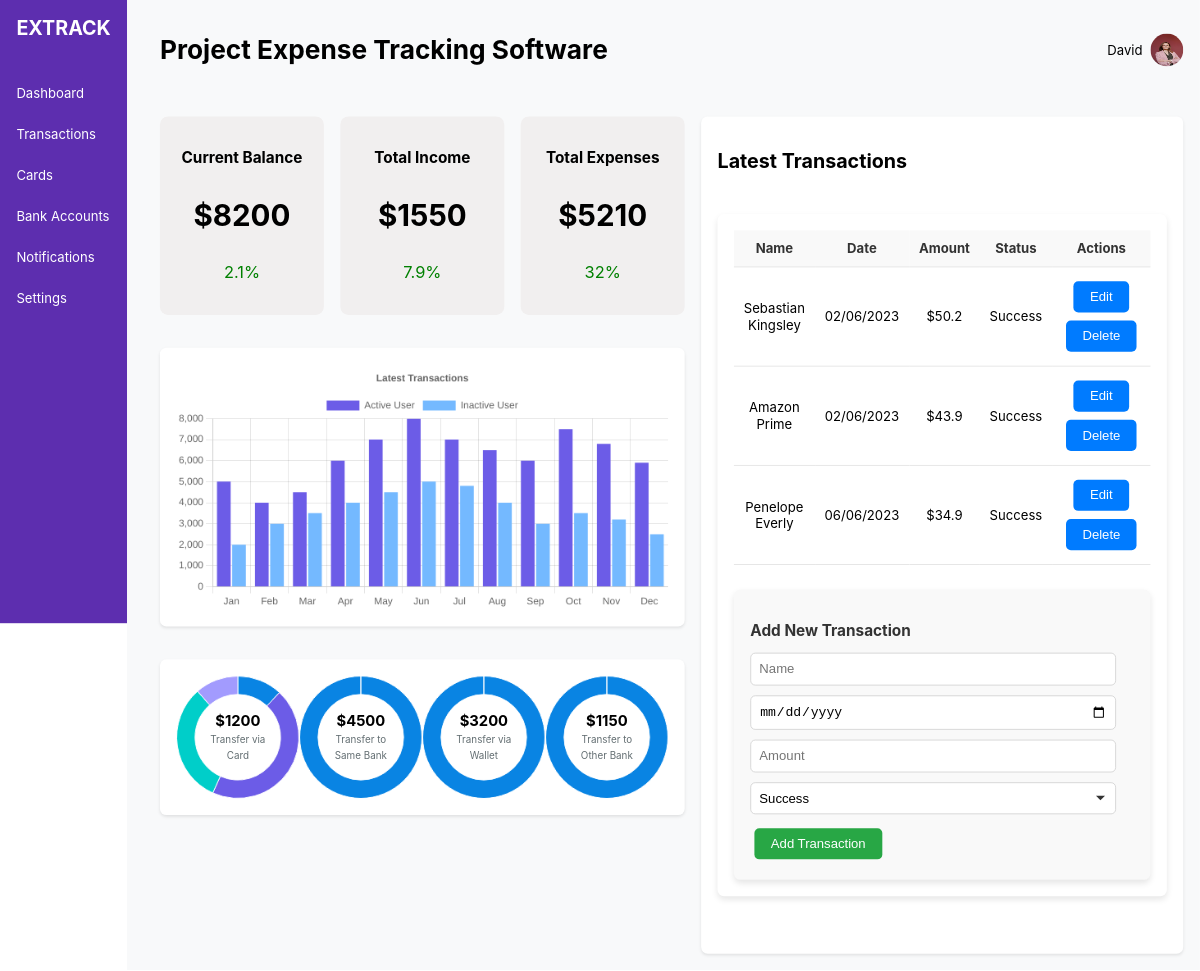
Repository: ChristhurasaRoshan/Expense-Tracker
Page: /dashboard
The author's editor kept a copy of each file at every save. The page is drawn from the files as they stood at one save, then again after the next save.
The browser window is 1280 px wide. The page is 1463 px wide, so the pictures cover 1463 px, including what lies to the right of the window. The pictures show the whole page, at 82% of full size.
The project was rebuilt for these pictures with package versions that can differ from the ones it lists, and the page was loaded fresh each time.

Above is the page before, as saved 2024-08-22 11:34:19.

### src/App.js
import React from 'react';
import { Provider } from 'react-redux'; // Import Provider from react-redux
import store from './store'; // Import the Redux store
import Sidebar from '../src/Components/Sidebar';
import Header from '../src/Components/Header';
import Dashboard from '../src/Components/Dashboard';
import './App.css';

function App() {
  return (
    <Provider store={store}> {/* Wrap the app with Provider */}
      <div className="app">
        <Sidebar />
        <div className="main-content">
          <Header />
          <Dashboard />
        </div>
      </div>
    </Provider>
  );
}

export default App;

### src/store.js
import { configureStore } from '@reduxjs/toolkit';
import transactionReducer from './slices/transactionSlice';

const store = configureStore({
  reducer: {
    transactions: transactionReducer,
  },
});

export default store;

### src/Components/Sidebar.jsx
import React from 'react';
import '../Styles/Sidebar.css';

const Sidebar = () => {
  return (
    <div className="sidebar">
      <div className="logo">EXTRACK</div>
      <ul>
        <li>Dashboard</li>
        <li>Transactions</li>
        <li>Cards</li>
        <li>Bank Accounts</li>
        <li>Notifications</li>
        <li>Settings</li>
      </ul>
    </div>
  );
};

export default Sidebar;

### src/Components/Header.jsx
import React from 'react';
import '../Styles/Header.css';

const Header = () => {
  return (
    <div className="header">
      <h1>Project Expense Tracking Software</h1>
      <div className="user-profile">
        <span>David</span>
        <img src="user-profile.jpg" alt="Profile" />
      </div>
    </div>
  );
};

export default Header;

### src/Components/Dashboard.jsx
import React from 'react';
import Card from './Card';
import TransactionList from './TransactionList';
import ExpenseChart from './ExpenseChart';
import AmountTransfer from './AmountTransfer';
import '../Styles/Dashboard.css';

const Dashboard = () => {
  return (
    <div className="dashboard">
      <div className="dashboard-left">
        <div className="dashboard-header">
          <Card title="Current Balance" amount="$8200" percentage="2.1%" />
          <Card title="Total Income" amount="$1550" percentage="7.9%" />
          <Card title="Total Expenses" amount="$5210" percentage="32%" />
        </div>
        <ExpenseChart />
        <AmountTransfer />
      </div>
      <div className="dashboard-right">
        <div className="latest-transactions">
          <h2>Latest Transactions</h2>
          <TransactionList />
        </div>
      </div>
    </div>
  );
};

export default Dashboard;

### src/App.css
.app {
  display: flex;
}

.main-content {
  flex: 1;
  background-color: #f8f9fa;
  padding-left: 20px;
}

### src/slices/transactionSlice.js
import { createSlice } from '@reduxjs/toolkit';

const initialState = [
  { id: 1, name: "Sebastian Kingsley", date: "02/06/2023", amount: "$50.2", status: "Success" },
  { id: 2, name: "Amazon Prime", date: "02/06/2023", amount: "$43.9", status: "Success" },
  { id: 3, name: "Penelope Everly", date: "06/06/2023", amount: "$34.9", status: "Success" },
];

const transactionSlice = createSlice({
  name: 'transactions',
  initialState,
  reducers: {
    addTransaction: (state, action) => {
      state.push({ id: Date.now(), ...action.payload });
    },
    deleteTransaction: (state, action) => {
      return state.filter(transaction => transaction.id !== action.payload);
    },
    updateTransaction: (state, action) => {
      const index = state.findIndex(transaction => transaction.id === action.payload.id);
      if (index !== -1) {
        state[index] = { ...state[index], ...action.payload };
      }
    },
  },
});

export const { addTransaction, deleteTransaction, updateTransaction } = transactionSlice.actions;
export default transactionSlice.reducer;

### src/Styles/Sidebar.css
.sidebar {
    width: 250px;
    background-color: #5d2eaf;
    color: white;
    height: 100vh;
    padding: 20px;
  }

  .logo {
    font-size: 24px;
    font-weight: bold;
    margin-bottom: 40px;
  }

  .sidebar ul {
    list-style: none;
    padding: 0;
  }

  .sidebar ul li {
    padding: 15px 0;
    cursor: pointer;
  }

  .sidebar ul li:hover {
    background-color: rgba(255, 255, 255, 0.1);
  }

### src/Styles/Header.css
.header {
    display: flex;
    justify-content: space-between;
    align-items: center;
    padding: 20px;
  }

  .user-profile {
    display: flex;
    align-items: center;
  }

  .user-profile span {
    margin-right: 10px;
  }

  .user-profile img {
    width: 40px;
    height: 40px;
    border-radius: 50%;
  }

### src/Components/Card.jsx
import React from 'react';
import '../Styles/Card.css';

const Card = ({ title, amount, percentage }) => {
  return (
    <div className="card">
      <h3>{title}</h3>
      <p className="amount">{amount}</p>
      <p className="percentage">{percentage}</p>
    </div>
  );
};

export default Card;

### src/Components/TransactionList.jsx
import React, { useState } from 'react';
import { useDispatch, useSelector } from 'react-redux';
import { addTransaction, deleteTransaction, updateTransaction } from '../slices/transactionSlice';
import '../Styles/TransactionList.css';

const TransactionList = () => {
  const transactions = useSelector((state) => state.transactions);
  const dispatch = useDispatch();

  const [newTransaction, setNewTransaction] = useState({ name: '', date: '', amount: '', status: 'Success' });
  const [editTransaction, setEditTransaction] = useState(null);
  const [errors, setErrors] = useState({});

  const validateTransaction = (transaction) => {
    const errors = {};
    if (!transaction.name) errors.name = 'Name is required';
    if (!transaction.date) errors.date = 'Date is required';
    if (!transaction.amount || isNaN(transaction.amount) || Number(transaction.amount) <= 0) errors.amount = 'Amount must be a positive number';
    return errors;
  };

  const handleAddTransaction = () => {
    const validationErrors = validateTransaction(newTransaction);
    if (Object.keys(validationErrors).length === 0) {
      dispatch(addTransaction({ ...newTransaction, id: Date.now() })); // Add unique id
      setNewTransaction({ name: '', date: '', amount: '', status: 'Success' });
      setErrors({});
    } else {
      setErrors(validationErrors);
    }
  };

  const handleUpdateTransaction = (id) => {
    if (editTransaction) {
      const validationErrors = validateTransaction(editTransaction);
      if (Object.keys(validationErrors).length === 0) {
        dispatch(updateTransaction({ id, ...editTransaction }));
        setEditTransaction(null);
        setErrors({});
      } else {
        setErrors(validationErrors);
      }
    }
  };

  const handleEditClick = (transaction) => {
    setEditTransaction({ ...transaction });
    setErrors({});
  };

  const handleDelete = (id) => {
    const isConfirmed = window.confirm("Are you sure you want to delete this transaction?");
    if (isConfirmed) {
      dispatch(deleteTransaction(id));
    }
  };

  return (
    <div className="transaction-list">
      <table>
        <thead>
          <tr>
            <th>Name</th>
            <th>Date</th>
            <th>Amount</th>
            <th>Status</th>
            <th>Actions</th>
          </tr>
        </thead>
        <tbody>
          {transactions.map((transaction) => (
            <tr key={transaction.id}>
              <td>
                {editTransaction && editTransaction.id === transaction.id ? (
                  <input
                    type="text"
                    value={editTransaction.name}
                    onChange={(e) => setEditTransaction({ ...editTransaction, name: e.target.value })}
                  />
                ) : (
                  transaction.name
                )}
              </td>
              <td>
                {editTransaction && editTransaction.id === transaction.id ? (
                  <input
                    type="date"
                    value={editTransaction.date}
                    onChange={(e) => setEditTransaction({ ...editTransaction, date: e.target.value })}
                  />
                ) : (
                  transaction.date
                )}
              </td>
              <td>
                {editTransaction && editTransaction.id === transaction.id ? (
                  <input
                    type="text"
                    value={editTransaction.amount}
                    onChange={(e) => setEditTransaction({ ...editTransaction, amount: e.target.value })}
                  />
                ) : (
                  transaction.amount
                )}
              </td>
              <td>
                {editTransaction && editTransaction.id === transaction.id ? (
                  <select
                    value={editTransaction.status}
                    onChange={(e) => setEditTransaction({ ...editTransaction, status: e.target.value })}
                  >
                    <option value="Success">Success</option>
                    <option value="Fail">Fail</option>
                  </select>
                ) : (
                  transaction.status
                )}
              </td>
              <td>
                {editTransaction && editTransaction.id === transaction.id ? (
                  <>
                    <button onClick={() => handleUpdateTransaction(transaction.id)}>Save</button>
                    <button onClick={() => setEditTransaction(null)}>Cancel</button>
                  </>
                ) : (
                  <>
                    <button onClick={() => handleEditClick(transaction)}>Edit</button>
                    <button onClick={() => handleDelete(transaction.id)}>Delete</button>
                  </>
                )}
              </td>
            </tr>
          ))}
        </tbody>
      </table>

      <div className="add-transaction">
        <h3>Add New Transaction</h3>
        <input
          type="text"
          placeholder="Name"
          value={newTransaction.name}
          onChange={(e) => setNewTransaction({ ...newTransaction, name: e.target.value })}
        />
        {errors.name && <p className="error">{errors.name}</p>}
        <input
          type="date"
          placeholder="Date"
          value={newTransaction.date}
          onChange={(e) => setNewTransaction({ ...newTransaction, date: e.target.value })}
        />
        {errors.date && <p className="error">{errors.date}</p>}
        <input
          type="text"
          placeholder="Amount"
          value={newTransaction.amount}
          onChange={(e) => setNewTransaction({ ...newTransaction, amount: e.target.value })}
        />
        {errors.amount && <p className="error">{errors.amount}</p>}
        <select
          value={newTransaction.status}
          onChange={(e) => setNewTransaction({ ...newTransaction, status: e.target.value })}
        >
          <option value="Success">Success</option>
          <option value="Fail">Fail</option>
        </select>
        <button onClick={handleAddTransaction}>Add Transaction</button>
      </div>
    </div>
  );
};

export default TransactionList;

### src/Components/ExpenseChart.jsx
import React from 'react';
import { Bar } from 'react-chartjs-2';
import { Chart as ChartJS, CategoryScale, LinearScale, BarElement, Title, Tooltip, Legend } from 'chart.js';
import '../Styles/ExpenseChart.css';


ChartJS.register(CategoryScale, LinearScale, BarElement, Title, Tooltip, Legend);

const ExpenseChart = () => {
  const data = {
    labels: ['Jan', 'Feb', 'Mar', 'Apr', 'May', 'Jun', 'Jul', 'Aug', 'Sep', 'Oct', 'Nov', 'Dec'],
    datasets: [
      {
        label: 'Active User',
        data: [5000, 4000, 4500, 6000, 7000, 8000, 7000, 6500, 6000, 7500, 6800, 5900],
        backgroundColor: '#6c5ce7',
      },
      {
        label: 'Inactive User',
        data: [2000, 3000, 3500, 4000, 4500, 5000, 4800, 4000, 3000, 3500, 3200, 2500],
        backgroundColor: '#74b9ff',
      },
    ],
  };

  const options = {
    responsive: true,
    plugins: {
      legend: {
        position: 'top',
      },
      title: {
        display: true,
        text: 'Latest Transactions',
      },
    },
  };

  return (
    <div className="chart-container">
      <Bar data={data} options={options} />
    </div>
  );
};

export default ExpenseChart;

### src/Components/AmountTransfer.jsx
import React from 'react';
import { Doughnut } from 'react-chartjs-2';
import { Chart as ChartJS, ArcElement, Tooltip, Legend } from 'chart.js';
import '../Styles/AmountTransfer.css';

ChartJS.register(ArcElement, Tooltip, Legend);

const AmountTransfer = () => {
  const data = {
    labels: ['Transfer via Card', 'Transfer to Same Bank', 'Transfer via Wallet', 'Transfer to Other Bank'],
    datasets: [
      {
        data: [1200, 4500, 3200, 1150],
        backgroundColor: ['#0984e3', '#6c5ce7', '#00cec9', '#a29bfe'],
        hoverBackgroundColor: ['#74b9ff', '#a29bfe', '#81ecec', '#dfe6e9'],
        borderWidth: 1,
      },
    ],
  };

  const options = {
    responsive: true,
    plugins: {
      legend: {
        display: false,
      },
    },
    cutout: '70%',
  };

  return (
    <div className="amount-transfer-container">
      <div className="doughnut-chart">
        <Doughnut data={data} options={options} />
        <div className="chart-label">
          <p>$1200</p>
          <span>Transfer via Card</span>
        </div>
      </div>
      <div className="doughnut-chart">
        <Doughnut data={{ ...data, datasets: [{ ...data.datasets[0], data: [4500] }] }} options={options} />
        <div className="chart-label">
          <p>$4500</p>
          <span>Transfer to Same Bank</span>
        </div>
      </div>
      <div className="doughnut-chart">
        <Doughnut data={{ ...data, datasets: [{ ...data.datasets[0], data: [3200] }] }} options={options} />
        <div className="chart-label">
          <p>$3200</p>
          <span>Transfer via Wallet</span>
        </div>
      </div>
      <div className="doughnut-chart">
        <Doughnut data={{ ...data, datasets: [{ ...data.datasets[0], data: [1150] }] }} options={options} />
        <div className="chart-label">
          <p>$1150</p>
          <span>Transfer to Other Bank</span>
        </div>
      </div>
    </div>
  );
};

export default AmountTransfer;

### src/Styles/Dashboard.css
.dashboard {
    display: flex;
    gap: 20px;
    padding: 20px;
  }

  .dashboard-left {
    display: flex;
    flex-direction: column;
    gap: 20px;
  }

  .dashboard-header {
    display: flex;
    justify-content: space-between;
    gap: 20px;
  }

  .dashboard-right {
    background-color: #fff;
    padding: 20px;
    border-radius: 8px;
    box-shadow: 0 2px 4px rgba(0, 0, 0, 0.1);
  }

  .latest-transactions {
    margin-top: 20px;
  }

  .latest-transactions h2 {
    margin-bottom: 20px;
  }

  .chart-container,
  .amount-transfer-container {
    background-color: #fff;
    padding: 20px;
    border-radius: 8px;
    box-shadow: 0 2px 4px rgba(0, 0, 0, 0.1);
  }

### src/Styles/Card.css
.card {
    background-color: #f1efef;
    border-radius: 10px;
    padding: 20px;
    width: 30%;
    text-align: center;
  }

  .card .amount {
    font-size: 36px;
    font-weight: bold;
  }

  .card .percentage {
    color: green;
    font-size: 20px;
  }

### src/Styles/TransactionList.css
/* Container for the transaction list */
.transaction-list {
  max-width: 900px;
  margin: 50px auto;
  padding: 20px;
  border-radius: 8px;
  box-shadow: 0 4px 8px rgba(0, 0, 0, 0.1);
  background-color: #ffffff;
}

/* Table styles */
table {
  width: 100%;
  border-collapse: collapse;
}

th, td {
  padding: 12px;
  border-bottom: 1px solid #e1e1e1;
  text-align: center;
}

th {
  background-color: #f9f9f9;
  color: #333;
  font-weight: bold;
}

/* Form input styles */
input[type="text"], input[type="date"], select {
  padding: 10px;
  width: calc(100% - 22px); /* Adjusted width */
  margin-bottom: 12px;
  border: 1px solid #d1d1d1;
  border-radius: 6px;
  box-sizing: border-box;
  font-size: 16px;
}

input:focus, select:focus {
  border-color: #007BFF;
  outline: none;
  box-shadow: 0 0 5px rgba(0, 123, 255, 0.5);
}

/* Button styles */
button {
  padding: 10px 20px;
  margin: 5px;
  border: none;
  background-color: #007BFF;
  color: white;
  cursor: pointer;
  border-radius: 6px;
  font-size: 16px;
  transition: background-color 0.3s ease, transform 0.2s ease;
}

button:hover {
  background-color: #0056b3;
  transform: scale(1.05);
}

/* Add transaction section styles */
.add-transaction {
  margin-top: 30px;
  padding: 20px;
  border-radius: 8px;
  background-color: #f9f9f9;
  box-shadow: 0 4px 8px rgba(0, 0, 0, 0.1);
}

.add-transaction h3 {
  margin-bottom: 15px;
  color: #333;
}

/* Dropdown styling */
select {
  appearance: none;
  background-color: #ffffff;
  background-image: url('data:[embedded picture, 153 characters]');
  background-repeat: no-repeat;
  background-position: right 12px center;
  background-size: 12px 7px;
  padding: 10px;
  border: 1px solid #d1d1d1;
  border-radius: 6px;
  font-size: 16px;
}

/* Button variations for add and delete actions */
.add-transaction button {
  background-color: #28a745;
}

.add-transaction button:hover {
  background-color: #218838;
}

.delete-btn {
  background-color: #dc3545;
}

.delete-btn:hover {
  background-color: #c82333;
}

### src/Styles/ExpenseChart.css
.chart-container {
    margin-top: 20px;
  }

### src/Styles/AmountTransfer.css
.amount-transfer-container {
    display: flex;
    justify-content: space-between;
    margin-top: 20px;
  }

  .doughnut-chart {
    position: relative;
    width: 150px;
    height: 150px;
  }

  .chart-label {
    position: absolute;
    top: 50%;
    left: 50%;
    transform: translate(-50%, -50%);
    text-align: center;
  }

  .chart-label p {
    margin: 0;
    font-size: 18px;
    font-weight: bold;
  }

  .chart-label span {
    font-size: 12px;
    color: #636e72;
  }

Loaded but not shown: public/index.html (common file); src/index.js (common file); src/index.css (common file); src/reportWebVitals.js (common file)

After the next save:
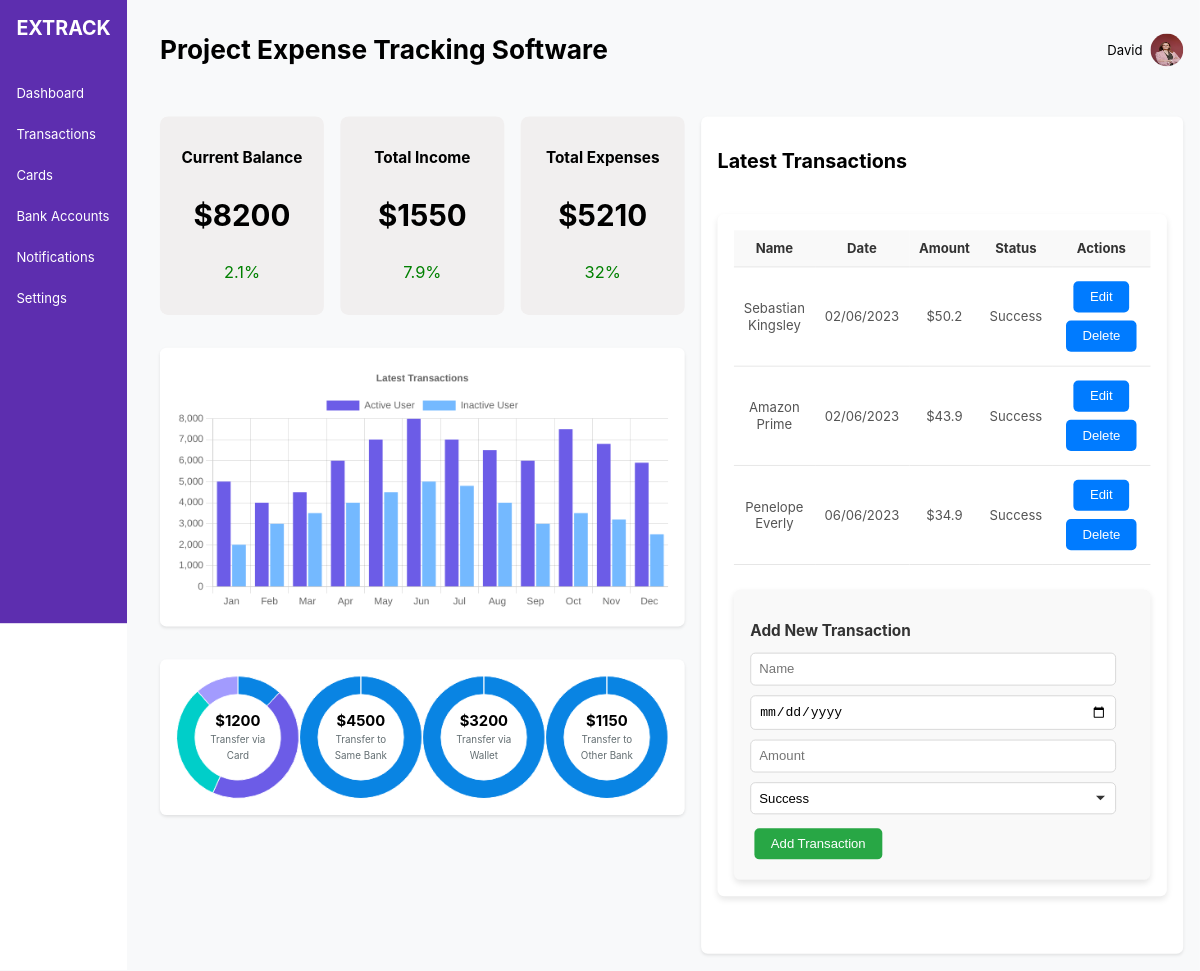
Saved 92 s later.
--- a/src/Styles/TransactionList.css
+++ b/src/Styles/TransactionList.css
@@ -24,6 +24,10 @@ th {
   background-color: #f9f9f9;
   color: #333;
   font-weight: bold;
+}
+
+td {
+  color: #555;
 }
 
 /* Form input styles */
@@ -105,3 +109,18 @@ select {
 .delete-btn:hover {
   background-color: #c82333;
 }
+
+/* Error message styling */
+.error {
+  color: #dc3545; /* Red color for errors */
+  font-size: 14px;
+  margin-top: -10px;
+  margin-bottom: 10px;
+}
+
+/* Additional Styles */
+.add-transaction input[type="text"],
+.add-transaction input[type="date"],
+.add-transaction select {
+  margin-bottom: 12px; /* Adjusted margin for consistency */
+}
